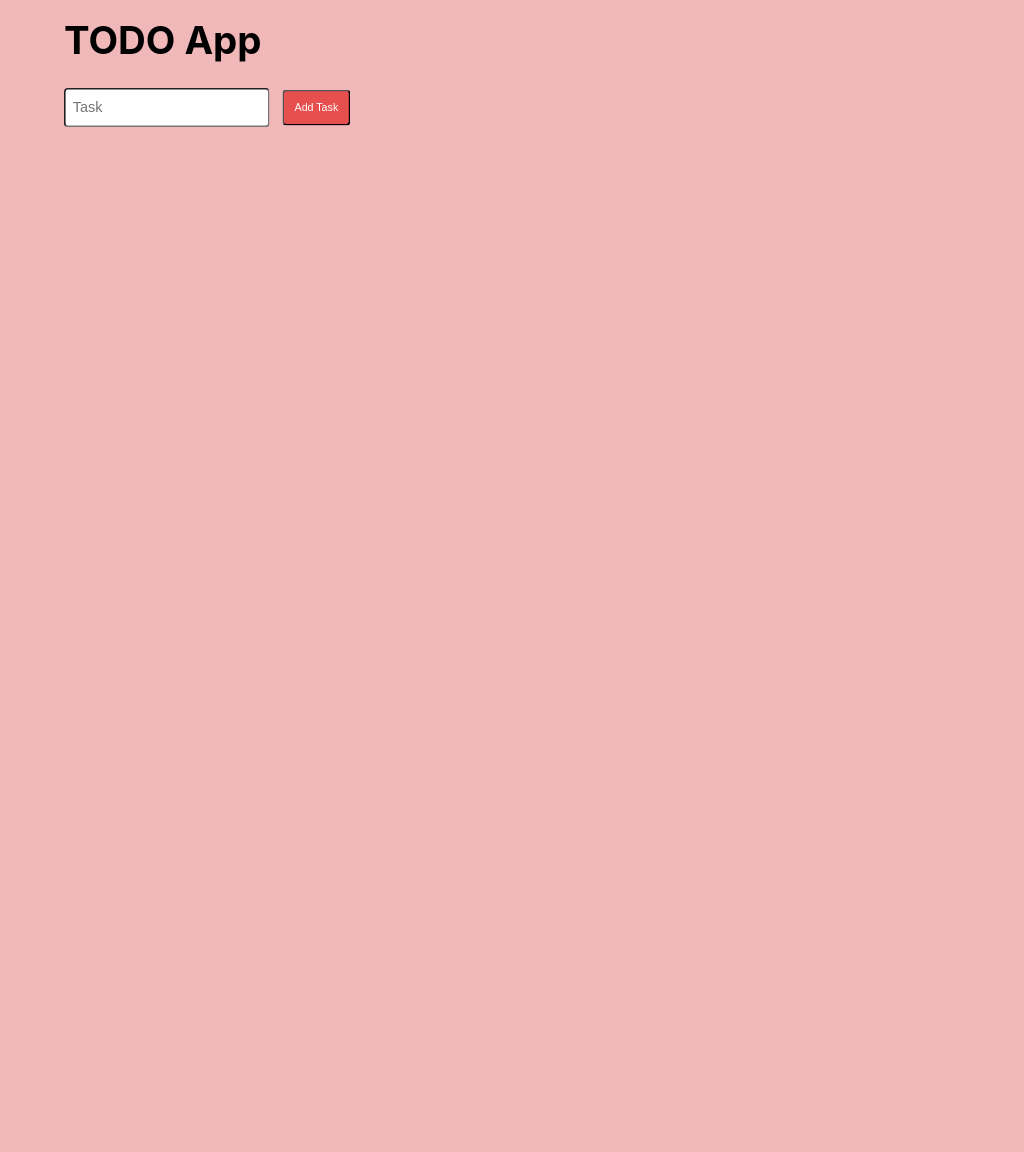
Repository: BhanuKaukuntla/TodoApp
Page: /
These files come from the project's save history. The page is drawn as it stood at one moment and after the next save; the edit follows.
The browser window is 1280 px wide. The pictures show the whole page, at 80% of full size.
The project was rebuilt for these pictures with package versions that can differ from the ones it lists, and the page was loaded fresh each time. Also part of the build but not shown: src/components/TodoItem/TodoItem.js.

Above is the page before, as saved 2021-12-04 10:03:42.

### src/index.js
import React from "react";
import ReactDOM from "react-dom";
import "./index.css";
import App from "./App";
import { Provider } from "react-redux";
import store from "./store";
import { PersistGate } from "redux-persist/integration/react";
import { persistor } from "./store";

ReactDOM.render(
  <React.StrictMode>
    <Provider store={store}>
      <PersistGate persistor={persistor}>
        <App />
      </PersistGate>
    </Provider>
  </React.StrictMode>,
  document.getElementById("root")
);

### src/index.css
*{
  margin: 0;
  padding: 0;
  /* font-family: "montserrat",sans-serif; */
  /* box-sizing: border-box; */
}

body {
  margin: 0;
  font-family: -apple-system, BlinkMacSystemFont, "Segoe UI", "Roboto", "Oxygen",
    "Ubuntu", "Cantarell", "Fira Sans", "Droid Sans", "Helvetica Neue",
    sans-serif;
  -webkit-font-smoothing: antialiased;
  -moz-osx-font-smoothing: grayscale;
}

/* code {
  font-family: source-code-pro, Menlo, Monaco, Consolas, "Courier New",
    monospace;
} */
.App {
  /* text-align: center; */
  height: 200vh;
  /* max-height: 100%; */
  /* background-color: #e77a7a; */
  /* background-color: #df8b8b; */
  background-color: #f0b8b8;
  margin-top: 0%;
  /* position: fixed; */
  width: 100%;
}

.title{
  padding-top: 20px;
  margin-left: 5rem;
  font-size: xxx-large;
}

.todoInput{
  margin-top: 1rem;
  margin-left: 5rem;
  font-size: x-large;
  margin-bottom: 1rem;
  /* width: 5rem; */
}

.form{
  border-radius: 10px;
  font-size: large;
  padding: 15px;
  /* width: 9rem; */
  padding-left: 0;
}

.input{
  border-radius: 5px;
  font-size: large;
  padding: 9px;
  width: 14.7rem;
  height: 1.7rem;
}

.inputButton{
  margin-left: 1rem;
  padding: 13px;
  border-radius: 5px;
  color: white;
  /* background-color: #df6a6a; */
  background-color: #e74f4f;
  position: relative;
  bottom: 1.5px;
}

.todoList{
  /* align-items: center; */
  justify-content: space-between;
  display: flex;
  flex-direction: column;
  margin-bottom: 3rem;
}

.todoItem{
  /* padding: 5px;
  background-color: white;
  opacity: 0.8; */
  margin-right: 2rem;
  margin-left: 5rem;
  font-size: x-large;
  display: flex;
  align-items: center;
  justify-content: space-between;
  /* max-width: 20rem; */
  background-color: #ffffff;
  opacity: 0.5;
  margin-top: 1rem;
  border-radius: 5px;
  max-height: 3.4rem;
  /* max-width: 22.5rem; */
  padding: 2px;
  width: 21rem;
  height: 2.9rem;
  color: rgb(0, 0, 0);
  padding-left: 20px;
  font-weight: bold;
}

.editButton{
  /* margin-left: 1rem; */
  /* margin-right: 1px; */
  /* display: none; */
  /* border-radius: 1px; */
  display: inline-block;
  margin-left: auto;
  margin-right: 1rem;
  background-color: white;

}

.editTodo{
  /* align-items: center;
  margin-left: 1rem;
  margin-bottom: 0.5rem;
  margin-right: .5rem;
  padding: 3px; */
  padding: 9px;
  margin-left: 4rem;
  margin-right: auto;
}

.formItem{
  width: 10rem;
  padding: 11px;
  background-color: #fcd7d7;
}

.deleteButton{
  /* margin-left: 1rem; */
  margin-right: 8px;
  /* border-radius: 1px; */
  /* background-color: white;
  color: black; */
}

.icons{
  /* display: flex; */
  /* margin-left: 1rem; */
  /* justify-content: space-between; */
  display: flex-end;
}

### src/App.js
import AddTodo from "./components/AddTodo/AddTodo";
import TodoList from "./components/TodoList/TodoList";
import { useSelector } from "react-redux";
function App() {
  const taskobj = useSelector((state) => state.todos.data);
  return (
    <div className='App'>
      <h1 className="title">TODO App</h1>
      <AddTodo />
      <TodoList />
    </div>
  );
}

export default App;

### src/store.js
import { createStore } from "redux";
import rootReducer from "./reducers";
import { persistStore, persistReducer } from "redux-persist";
import storage from "redux-persist/lib/storage";

const persistConfig = {
  key: "root",
  storage,
};

const persistedReducer = persistReducer(persistConfig, rootReducer);

const store = createStore(
  persistedReducer,
  window.__REDUX_DEVTOOLS_EXTENSION__ && window.__REDUX_DEVTOOLS_EXTENSION__()
);

export const persistor = persistStore(store);

export default store;

### src/components/AddTodo/AddTodo.js
import React, { useState } from "react";
import { useDispatch } from "react-redux";
import { addTodo } from "../../actions";
import cuid from "cuid";

const AddTodo = () => {
  const [tasks, setTasks] = useState("");
  const dispatch = useDispatch();
  function handleInputChange(e) {
    setTasks(e.target.value);
    console.log(tasks);
  }
  function handleFormSubmit(e) {
    e.preventDefault();
    dispatch(addTodo({ task: tasks, id: cuid() }));
    e.target.userInput.value = "";
    console.log(tasks);
  }
  return (
    <div className="todoInput">
      <form className="form" onSubmit={handleFormSubmit}>
      <input
        className="input"
        placeholder="Task"
        type='text'
        name='userInput'
        onChange={(e) => handleInputChange(e)}
      />
      <button className="inputButton" type='submit'>Add Task</button>
     </form>
    </div>
  );
};

export default AddTodo;

### src/components/TodoList/TodoList.js
import React from "react";
import TodoItem from "../TodoItem/TodoItem";
import { useSelector } from "react-redux";

const TodoList = () => {
  const taskobj = useSelector((state) => state.todos.data);
  const taskItems = taskobj.map((task) => {
    return <TodoItem task={task} key={task.id} />;
  });

  return(
     <div className="todoList">
        {taskItems}
    </div>
    )
};

export default TodoList;

### src/reducers/index.js
import { combineReducers } from "redux";
import todos from "./todos";

const rootReducer = combineReducers({
  todos,
});
export default rootReducer;

### src/actions/index.js
import { ADD_TODO, DELETE_TODO, UPDATE_TODO } from "./types";

export const addTodo = (message) => ({
  type: ADD_TODO,
  message,
});

export const deleteTodo = (id) => ({
  type: DELETE_TODO,
  id,
});

export const updateTodo = ({ message, id }) => ({
  type: UPDATE_TODO,
  message,
  id,
});

### src/reducers/todos.js
const initialState = {
  data: [],
};

const todos = (state = initialState, action) => {
  switch (action.type) {
    case "ADD_TODO":
      return {
        ...state,
        data: [...state.data, action.message],
      };
    case "DELETE_TODO":
      return {
        ...state,
        data: [...state.data.filter((todo) => todo.id !== action.id)],
      };
    case "UPDATE_TODO":
      return {
        ...state,
        data: [
          ...state.data.filter((todo) => todo.id !== action.id),
          { task: action.message, id: action.id },
        ],
      };
    default:
      return state;
  }
};

export default todos;

### src/actions/types.js
export const ADD_TODO = "ADD_TODO";
export const DELETE_TODO = "DELETE_TODO";
export const UPDATE_TODO = "UPDATE_TODO";

Loaded but not shown: public/index.html (common file)

After the next save:
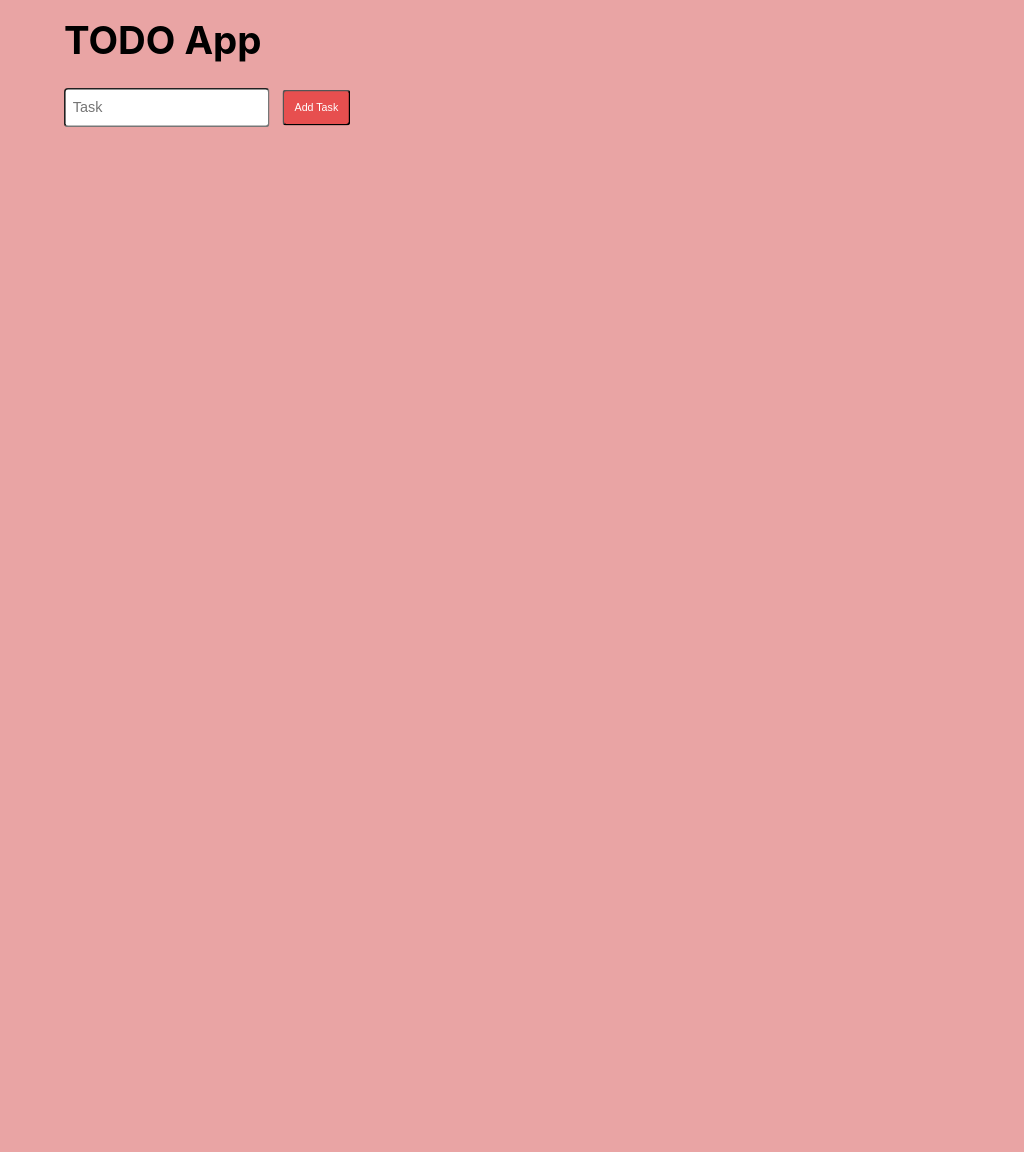
Saved 29 s later.
--- a/src/index.css
+++ b/src/index.css
@@ -24,7 +24,7 @@ body {
   /* max-height: 100%; */
   /* background-color: #e77a7a; */
   /* background-color: #df8b8b; */
-  background-color: #f0b8b8;
+  background-color: #e9a4a4;
   margin-top: 0%;
   /* position: fixed; */
   width: 100%;
